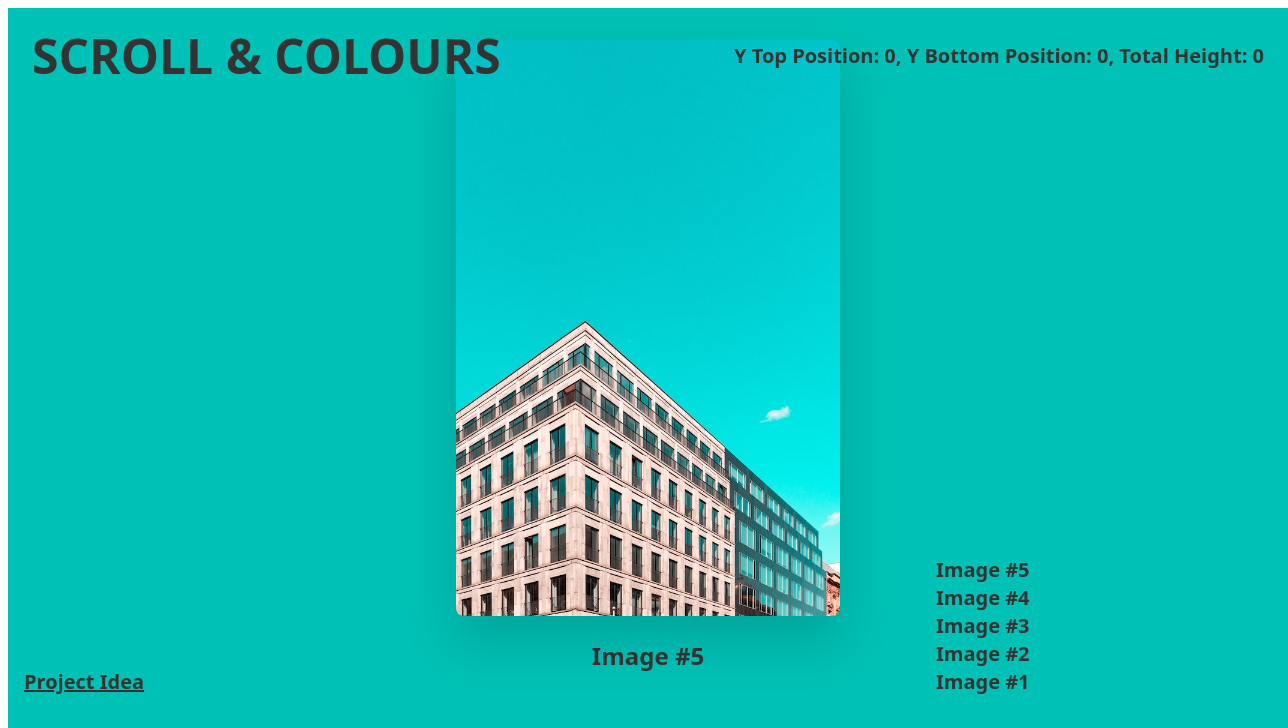
Repository: chelle-c/smooth-scroll-colours
Page: /
An editor plug-in stored every save of this project. The page is shown before and after the next save, followed by the edit.
The browser window is 1280 px wide. The page is 1288 px wide, so the pictures cover 1288 px, including what lies to the right of the window. The pictures show the whole page.
An inner scrolling area shows only its first screen. The project was rebuilt for these pictures with package versions that can differ from the ones it lists, and the page was loaded fresh each time. Imported but missing from the stored project, and not drawn on this page: images.

Above is the page before, as saved 2022-09-30 20:46:08.

### src/App.svelte
<script>
	import '/images/';
	import { fade } from 'svelte/transition';

	let sections = [
		{ id: 1, image: 'red', alt: '', colour: '#00c1b5' },
		{ id: 2, image: 'blue', alt: '', colour: '#ff651a' },
		{ id: 3, image: 'yellow', alt: '', colour: '#ffbe00' },
		{ id: 4, image: 'orange', alt: '', colour: '#1d3fbb' },
		{ id: 5, image: 'turquoise', alt: '', colour: '#e30512' },
	];

	let box;
	let yTop = 0;
	let yBottom = 0;
	let yHeight = 0;
	let innerHeight;
	let lastScroll = 0;
	let isScrolling = false;

	const colours = sections.map(section => section.colour);
	let initialBG = '#00c1b5';

	let setColour = () => {
		isScrolling = true;
		let colour;
		for (let index = 0; index < sections.length; index++) {
			if (yTop >= 0 && yTop > lastScroll) {
				if (lastScroll <= innerHeight * index) {
					isScrolling = true;
					colour = colours[index];
					break;
				}
			} else if (yTop < lastScroll) {
				if (lastScroll < innerHeight * (index + 1)) {
					colour = colours[index];
					break;
				}
			}
		}

		initialBG = colour;
		setInterval(() => {
			document.getElementById('background').style.backgroundColor =
				initialBG;
		}, 150);
		lastScroll = yTop;
		isScrolling = false;
	};

	let parseScroll = () => {
		yTop = box.scrollTop;
		yBottom = yTop + innerHeight;
		yHeight = box.scrollHeight;
		setColour();
	};
</script>

<svelte:window bind:innerHeight />

<div
	id="background"
	class="bgDisplay min-w-full min-h-screen z-0 absolute"
	style="transition: background-color 1.5s;"
/>

<main
	class="scrollsnap-container min-w-full min-h-screen flex flex-col scroll-smooth"
	bind:this={box}
	on:scroll={!isScrolling ? parseScroll : null}
	on:mousemove={!isScrolling ? parseScroll : null}
>
	<div
		class="min-w-full p-6 flex flex-row justify-between items-center z-10 absolute"
	>
		<div>
			<h1 class="font-sans font-bold text-5xl uppercase">
				Scroll & Colours
			</h1>
		</div>
		<div class="font-sans font-bold text-xl">
			Y Top Position: {yTop}, Y Bottom Position: {yBottom}, Total Height: {yHeight}
		</div>
	</div>

	{#each [...sections].reverse() as { id, image, alt }}
		<section
			id="section{id}"
			class="flex flex-col justify-center items-center min-w-full min-h-screen justify-center items-center transition-colors snap-always snap-center"
		>
			<div in:fade class="drop-shadow-2xl">
				<img
					class="w-96 rounded-lg"
					src="/images/image-{image}.jpg"
					{alt}
				/>
			</div>
			<h3 class="font-sans font-bold text-2xl p-6">Image #{id}</h3>
		</section>
	{/each}

	<div
		class="min-w-full p-6 flex flex-row justify-between items-end z-100 absolute bottom-0 left-0 pointer-events-none"
	>
		<div
			class="font-sans font-semibold text-xl underline pointer-events-auto hover:font-bold"
		>
			<a href="https://www.frontendpractice.com/projects/backstage-talks"
				>Project Idea</a
			>
		</div>
		<div class="font-sans font-semibold text-xl pointer-events-auto">
			<ul>
				<li class="w-80">
					<a href="#section5" class="hover:font-bold">Image #5</a>
				</li>
				<li class="w-80">
					<a href="#section4" class="hover:font-bold">Image #4</a>
				</li>
				<li class="w-80">
					<a href="#section3" class="hover:font-bold">Image #3</a>
				</li>
				<li class="w-80">
					<a href="#section2" class="hover:font-bold">Image #2</a>
				</li>
				<li class="w-80">
					<a href="#section1" class="hover:font-bold">Image #1</a>
				</li>
			</ul>
		</div>
	</div>
</main>

<style global lang="postcss">
	@tailwind base;
	@tailwind components;
	@tailwind utilities;

	:global(body) {
		margin: 0;
		padding: 0;
	}

	a,
	a:visited {
		color: inherit;
	}

	section {
		display: flex;
		justify-content: center;
		align-items: center;
		width: 100vw;
		height: 100vh;
		scroll-snap-align: start;
		position: relative;
		background: inherit;
		transition: background-color 1s linear;
	}

	.bgDisplay {
		background-color: #00c1b5;
	}

	.scrollsnap-container {
		display: flex;
		flex-direction: column;
		width: 100vw;
		height: 100%;
		margin: 0;
		padding: 0;
		overflow-x: hidden;
		overflow-y: scroll;
		scroll-snap-type: y mandatory;
		scroll-snap-type: mandatory; /* for older browsers */
		scroll-snap-points-y: repeat(100vh); /* for older browsers */
		scrollbar-width: none;
		background: transparent;
	}
</style>

### tailwind.config.js
/** @type {import('tailwindcss').Config} */
const production = process.env.NODE_ENV !== 'development'
module.exports = {
	future: {
		purgeLayersByDefault: true,
		removeDeprecatedGapUtilities: true,
	},
	purge: {
		content: ['./src/**/*.svelte'],
		enabled: production, // disable purge in dev
	},
	content: [],
	theme: {
		extend: {},
	},
	plugins: [],
};

### public/global.css
html, body {
	position: relative;
	width: 100%;
	height: 100%;
}

body {
	color: #333;
	margin: 0;
	padding: 8px;
	box-sizing: border-box;
	font-family: -apple-system, BlinkMacSystemFont, "Segoe UI", Roboto, Oxygen-Sans, Ubuntu, Cantarell, "Helvetica Neue", sans-serif;
}

a {
	color: rgb(0,100,200);
	text-decoration: none;
}

a:hover {
	text-decoration: underline;
}

a:visited {
	color: rgb(0,80,160);
}

label {
	display: block;
}

input, button, select, textarea {
	font-family: inherit;
	font-size: inherit;
	-webkit-padding: 0.4em 0;
	padding: 0.4em;
	margin: 0 0 0.5em 0;
	box-sizing: border-box;
	border: 1px solid #ccc;
	border-radius: 2px;
}

input:disabled {
	color: #ccc;
}

button {
	color: #333;
	background-color: #f4f4f4;
	outline: none;
}

button:disabled {
	color: #999;
}

button:not(:disabled):active {
	background-color: #ddd;
}

button:focus {
	border-color: #666;
}

Loaded but not shown: public/index.html (common file); src/main.js (common file)

After the next save:
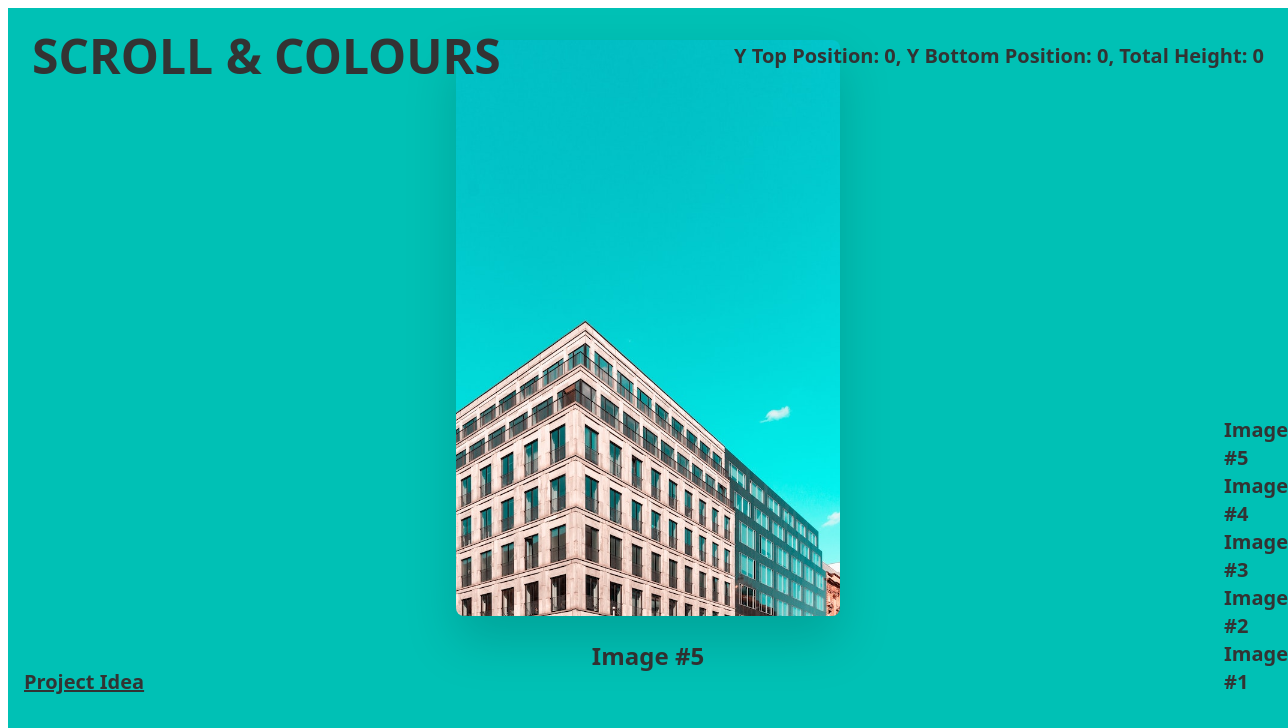
Saved 56 s later.
--- a/src/App.svelte
+++ b/src/App.svelte
@@ -111,19 +111,19 @@
 		</div>
 		<div class="font-sans font-semibold text-xl pointer-events-auto">
 			<ul>
-				<li class="w-80">
+				<li class="w-8">
 					<a href="#section5" class="hover:font-bold">Image #5</a>
 				</li>
-				<li class="w-80">
+				<li class="w-8">
 					<a href="#section4" class="hover:font-bold">Image #4</a>
 				</li>
-				<li class="w-80">
+				<li class="w-8">
 					<a href="#section3" class="hover:font-bold">Image #3</a>
 				</li>
-				<li class="w-80">
+				<li class="w-8">
 					<a href="#section2" class="hover:font-bold">Image #2</a>
 				</li>
-				<li class="w-80">
+				<li class="w-8">
 					<a href="#section1" class="hover:font-bold">Image #1</a>
 				</li>
 			</ul>
